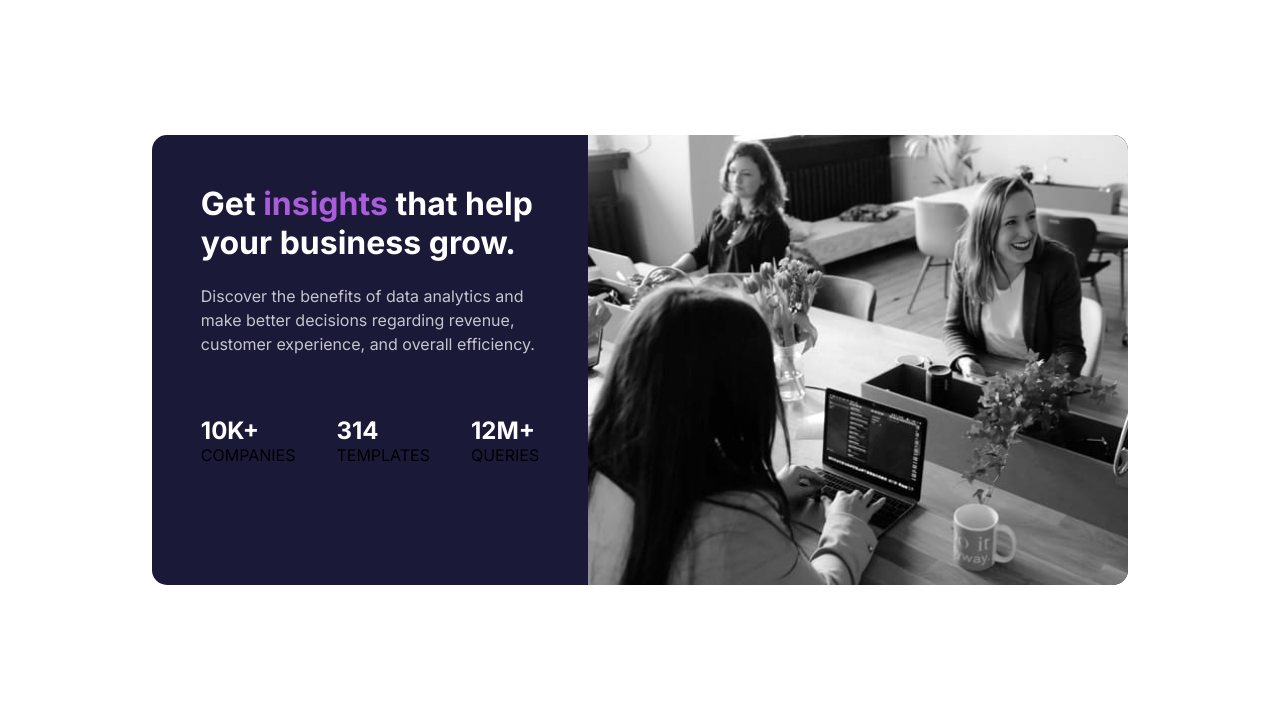
Repository: keisewarsame/stats-preview-frontendmentor
Page: index.html
The author's editor kept a copy of each file at every save. The page is drawn from the files as they stood at one save, then again after the next save.
The browser window is 1280 px wide. The pictures show the whole page.

Above is the page before, as saved 2022-07-12 13:05:03.

### index.html
<!DOCTYPE html>
<html lang="en">
<head>
  <meta charset="UTF-8">
  <meta name="viewport" content="width=device-width, initial-scale=1.0"> <!-- displays site properly based on user's device -->
  <link rel="icon" type="image/png" sizes="32x32" href="./images/favicon-32x32.png">
  <link rel="stylesheet" href="styles.css">
  <title>Frontend Mentor | Stats preview card component</title>
</head>
<body>
    <div class="container">
        <div class="wrapper">
            <div class="text-component">
                <h1 class="title">Get <span>insights</span> that help your business grow.</h1>
                <p class="subtitle">Discover the benefits of data analytics and make better decisions regarding revenue, customer experience, and overall efficiency.</p>
                <div class="stats-component">
                    <div>
                        <p class="num">10K+</p>
                        <p class="stats-sub">Companies</p>
                    </div>
                    <div>
                        <p class="num">314</p>
                        <p class="stats-sub">Templates</p>
                    </div>
                    <div>
                        <p class="num">12M+</p>
                        <p class="stats-sub">Queries</p>
                    </div>
                </div>
            </div>
            <div class="image-component">
                <img src="/images/image-header-desktop.jpg" alt="">
            </div>
        </div>
    </div>
</body>
</html>

### styles.css
@import url('https://fonts.googleapis.com/css2?family=Inter:wght@400;700&family=Lexend+Deca&display=swap');

* {
    margin: 0;
    padding: 0;
}

body {
    display: flex;
    align-items: center;
    min-height: 100vh;
}

.container {
    margin: 0 auto;
    max-width: 1040px;
}

.wrapper {
    background-color: hsl(244, 38%, 16%);
    display: flex;
    border-radius: 15px;
    overflow: hidden;
    margin: 2rem;
}

.text-component {
    padding: 5%;
    font-family: 'Inter', sans-serif;
}

.title {
    color: hsl(0, 0%, 100%);
    padding-bottom: 22px;
    font-weight: 700;
}

.title span {
    color: hsl(277, 64%, 61%)
}

.subtitle {
    color: hsla(0, 0%, 100%, 0.75);
    line-height: 1.5;
}

.stats-component {
    display: flex;
    justify-content: space-between;
    padding-top: 60px;
}

.num {
    color: hsl(0, 0%, 100%);
    font-weight: 700;
    font-size: 24px;
}

.stats-sub {
    text-transform: uppercase;
}





img {
    height: 100%;
}

After the next save:
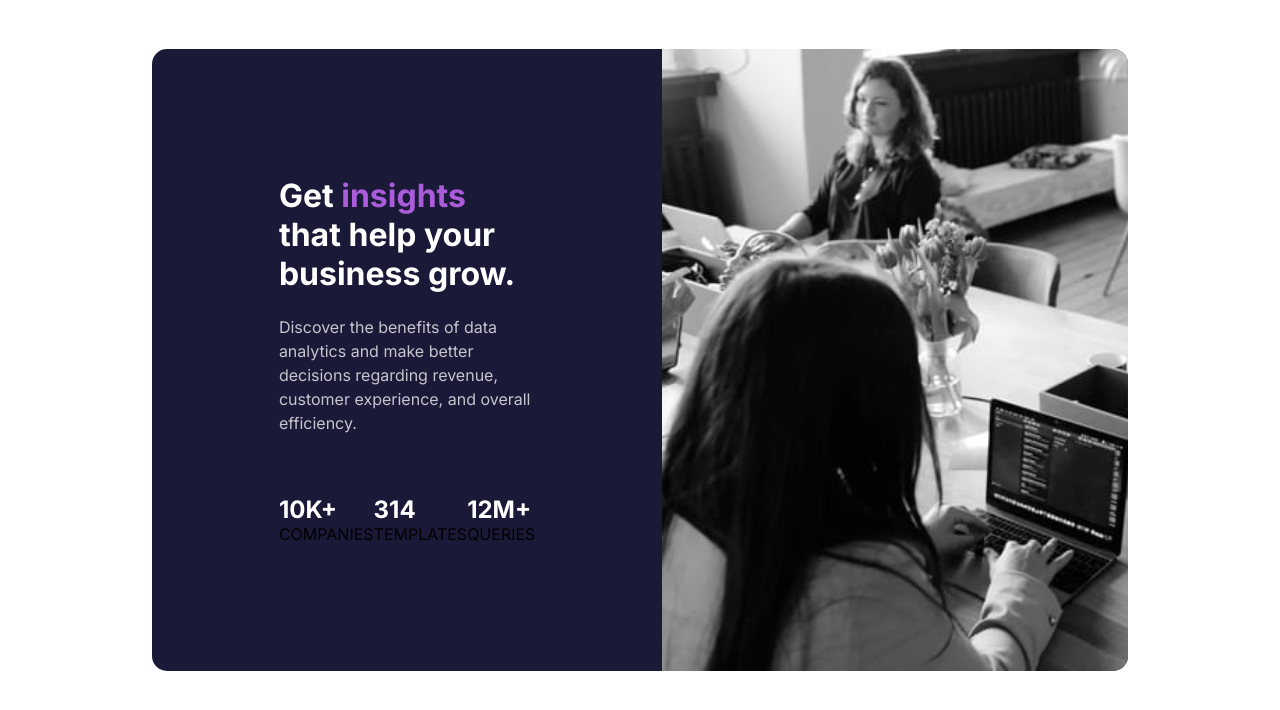
Saved 20 s later.
--- a/styles.css
+++ b/styles.css
@@ -25,7 +25,7 @@ body {
 }
 
 .text-component {
-    padding: 5%;
+    padding: 13%;
     font-family: 'Inter', sans-serif;
 }
 
